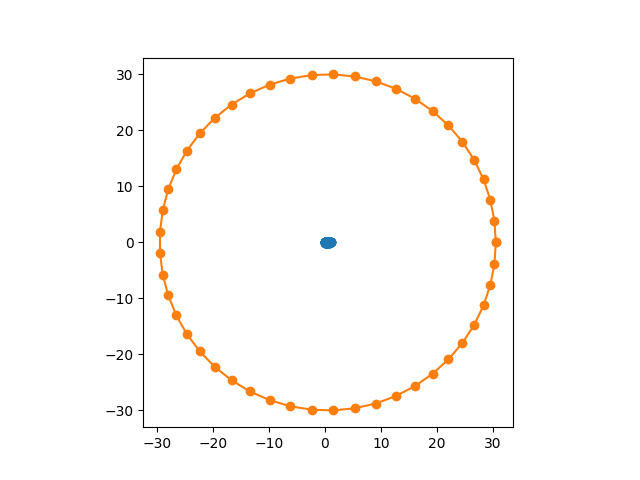
Repository: leiradom/CFDhomework
Script's output: python Laplaceequation/Meshgeneration.py
The author's editor kept a copy of each file at every save. The script's output is drawn from the files as they stood at one save, then again after the next save.
Random numbers start from a fixed seed.

Above is the script's output before, as saved 2021-04-07 12:49:17.

After the next save:
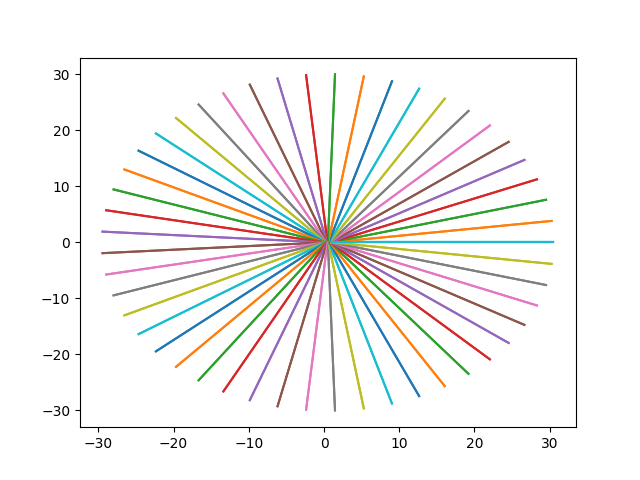
Saved 83 min 32 s later.
--- a/Laplaceequation/Meshgeneration.py
+++ b/Laplaceequation/Meshgeneration.py
@@ -53,16 +53,23 @@ for i in range(0,n1):
         X[i][j] = X0[i] + j * dx
         Y[i][j] = Y0[i] + j * dy
 
+for i in range(0,n1):
+    plt.plot(X[i][:],Y[i][:])
+for j in range(0,n2):
+    plt.plot(X[:][j],Y[:][j])
+
+plt.show()
 
 
 
+'''
 # 共用一个show()即可
 plt.plot(X0,Y0,'-o')
 plt.plot(X1,Y1,'-o')
 plt.axis('square')
 plt.show()
 
-'''
+
 
 #解Laplace方程
 dcy = 1     #求解域的横坐标离散
